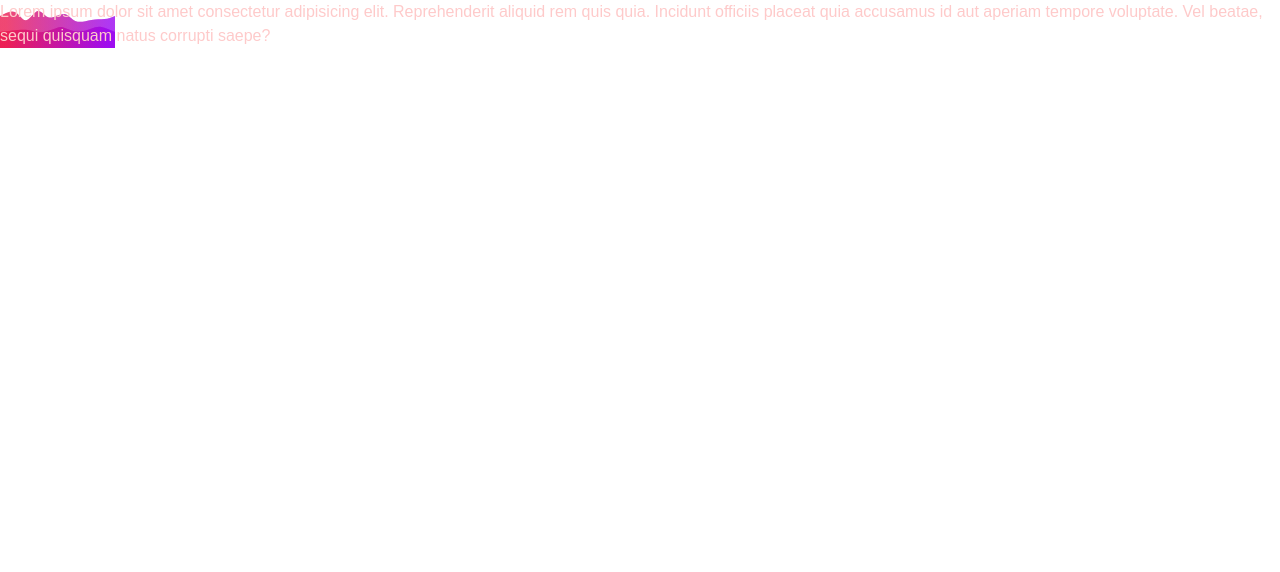
Repository: evergreenx/dictionary-octo
Page: /
An editor plug-in stored every save of this project. The page is shown before and after the next save, followed by the edit.
The browser window is 1280 px wide. The pictures show the whole page.
The project was rebuilt for these pictures with package versions that can differ from the ones it lists, and the page was loaded fresh each time. The framework's server and built-in components were replaced by stand-ins that run in the browser. Also part of the build but not shown: next.config.js.

Above is the page before, as saved 2022-04-30 14:41:08.

### pages/index.js
import Head from "next/head";
import Image from "next/image";
import bgimage from "../public/bg.svg";

export default function Home() {
  return (
    <div >
      <Head>
        <title>Create Next App</title>
        <meta name="description" content="Generated by create next app" />
        <link rel="icon" href="/favicon.ico" />
      </Head>

      <main className="text-red-200">

        Lorem ipsum dolor sit amet consectetur adipisicing elit. Reprehenderit aliquid rem quis quia. Incidunt officiis placeat quia accusamus id aut aperiam tempore voluptate. Vel beatae, sequi quisquam natus corrupti saepe?
      </main>
    </div>
  );
}

### styles/globals.css
@tailwind base;
@tailwind components;
@tailwind utilities;

@import url("https://fonts.googleapis.com/css2?family=Quicksand&display=swap");

html,
body {
  padding: 0;
  margin: 0;
  font-family: "Quicksand", sans-serif;
  background-image: url("../public/bg.svg");
  background-repeat: no-repeat;

}

a {
  color: inherit;
  text-decoration: none;
}

* {
  box-sizing: border-box;
}

Loaded but not shown: pages/_app.js (common file); tailwind.config.js (common file)

After the next save:
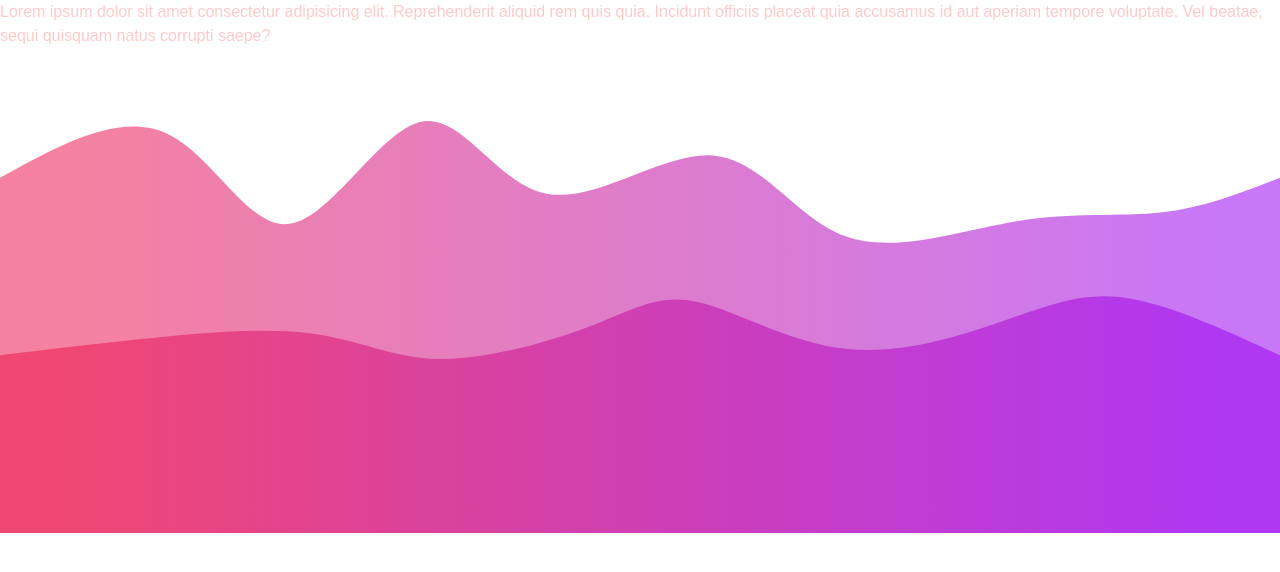
Saved 8 s later.
--- a/styles/globals.css
+++ b/styles/globals.css
@@ -11,7 +11,7 @@ body {
   font-family: "Quicksand", sans-serif;
   background-image: url("../public/bg.svg");
   background-repeat: no-repeat;
-
+  background-size: cover;
 }
 
 a {
